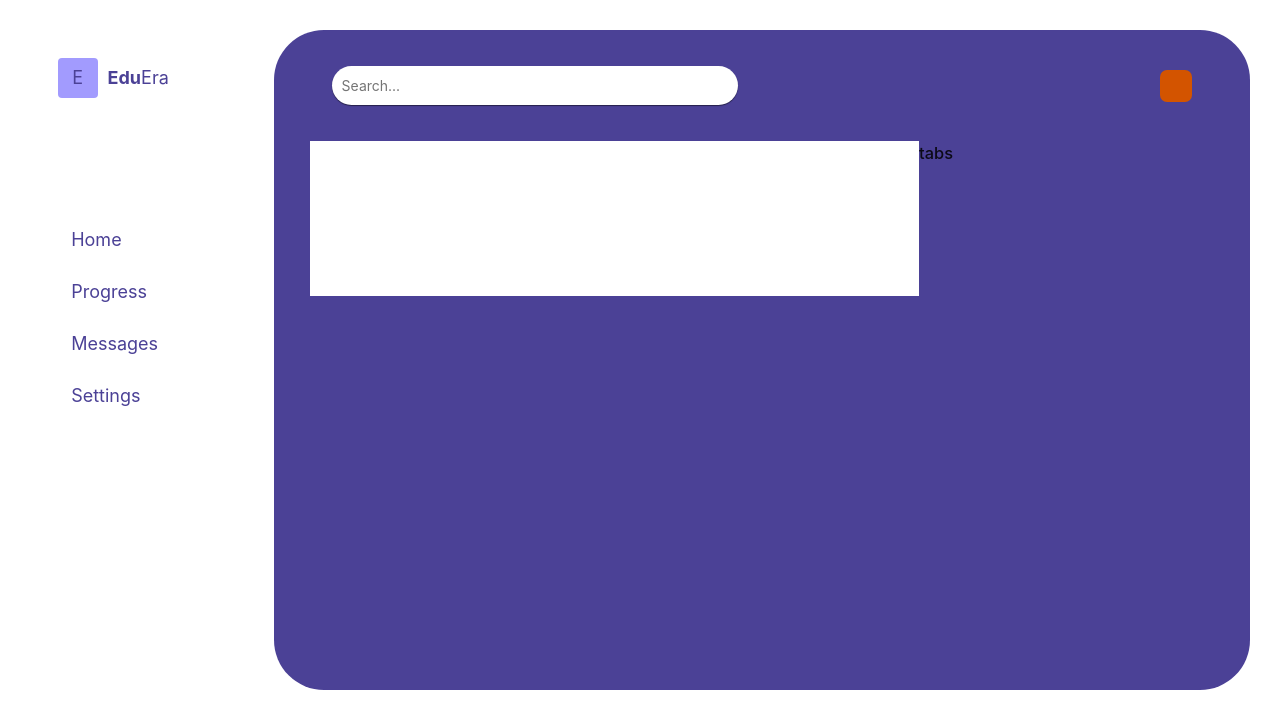
Repository: huynhnt1406/coursestorage
Page: /videodetail/1 (app in coursestorage/)
The author's editor kept a copy of each file at every save. The page is drawn from the files as they stood at one save, then again after the next save.
The browser window is 1280 px wide. The pictures show the whole page.
The page's requests for data from a server got no answer. The project was rebuilt for these pictures with package versions that can differ from the ones it lists, and the page was loaded fresh each time. No one was signed in, and anything a server would have sent is missing. Also part of the build but not shown: coursestorage/src/components/ListItems.vue, coursestorage/src/components/VideoList.vue, coursestorage/src/smallcomponents/Messages.vue, coursestorage/src/smallcomponents/Progress.vue, coursestorage/src/smallcomponents/Settings.vue.

Above is the page before, as saved 2021-05-01 23:21:40.

### coursestorage/src/main.js
import Vue from 'vue'
import App from './App.vue'
import 'ant-design-vue/dist/antd.css'
import Antd from 'ant-design-vue';
import router from './router/index';
import store from './stores/index'
Vue.config.productionTip = false
Vue.use(Antd);
new Vue({
  router,
  store,
  render: h => h(App),
}).$mount('#app')

### coursestorage/src/App.vue
<template>
  <div class="container">
    <div class="sidebar">
      <Sidebar/>
    </div>
    <div class="main">
      <SearchBar/>
      <router-view/>
    </div>
  </div>
</template>

<script>
import Sidebar from './components/Sidebar'
import SearchBar from './components/SearchBar'
export default {
  components:{
    Sidebar,
    SearchBar,
  }
}
</script>

<style>
*{
  margin:0
}
.container{
  background-color:white;
  min-height: 100vh;
  display: flex;
}
.main{
  flex:0.8;
  background-color:#4b4196;
  margin:30px;
  border-radius: 50px;
}
</style>

### coursestorage/src/router/index.js
import Vue from 'vue'
import VueRouter from 'vue-router'
import VideoList from '../components/VideoList'
import Messages from '../smallcomponents/Messages'
import Progress from '../smallcomponents/Progress'
import Settings from '../smallcomponents/Settings'
import VideoDetail from '../smallcomponents/VideoDetail'
Vue.use(VueRouter)
const routes = [
    {
        path:'/',
        name:'VideoList',
        component:VideoList
    },
    {
        path:'/progress',
        name:'Progress',
        component:Progress
    },
    {
        path:'/messages',
        name:'Messages',
        component:Messages
    },
    {
        path:'/settings',
        name:'Settings',
        component:Settings
    },
    {
        path:'/videodetail/:id',
        name:'VideoDetail',
        component:VideoDetail,
        props:true
    }
]
export default new VueRouter({
    routes,
    mode:'history'
})

### coursestorage/src/stores/index.js
import Vue from 'vue'
import Vuex from 'vuex'
import videolists from './modules/videolists'
Vue.use(Vuex)

export default new Vuex.Store({
    modules:{
        videolists
    }
})

### coursestorage/src/components/Sidebar.vue
<template>
  <div class="sidebar">
      <div class="sidebar-header">
          <a-avatar shape="square" size="large" style="backgroundColor:#a29bfe ; marginRight:10px">E</a-avatar>
          <span><strong>Edu</strong>Era</span>
      </div>
      <div class="sidebar-links">
          <div class="link">
              <a-icon style="color:#a29bfe " type="appstore"/>
              <router-link class="sidebar-link" to="/"><span>Home</span></router-link>
          </div>
           <div class="link">
               <a-icon style="color:#a29bfe " type="bar-chart" />
               <router-link class="sidebar-link" to="/progress"><span>Progress</span></router-link>
          </div>
           <div class="link">
                <a-icon style="color:#a29bfe " type="message" />
                <router-link class="sidebar-link" to="/messages">

                <span>Messages</span></router-link>
          </div>
           <div class="link">
                <a-icon style="color:#a29bfe ; opacity:0.7" type="setting" />
                <router-link class="sidebar-link" to="/settings"><span>Settings</span></router-link>
          </div>
      </div>
  </div>
</template>

<script>
export default {

}
</script>

<style>
.sidebar{
    flex:0.2;
    background-color:white;
}
.sidebar-header{
    display: flex;
    align-items: center;
    padding:8vh 0 8vh 8vh
}
.sidebar-header span{
    color:#4b4196;
    font-size: large;
}
.sidebar-links{
    padding:8.5vh;
}
.link{
    display: flex;
    margin-bottom:5px;
    align-items: center;
    padding:10px 0 10px 0;
    color:#4b4196;
}
.sidebar-link{
    color:#4b4196;
    font-size: 18px;
}
.sidebar-link:focus{
    color:#d35400;
}
.link span{
    margin-left:10px;
}
.link:hover{
    color:#d35400;
    cursor: pointer;
}
</style>

### coursestorage/src/components/SearchBar.vue
<template>
  <div class="searchbar">
    <div class="search-tool">
        <a-icon type="search"  />
        <input type="text" placeholder="Search..." >
    </div>
    <div class="icons">
        <a-avatar shape="square" icon="user" type="user" style="color:black ;backgroundColor:transparent; border-radius:7px "  />
        <a-avatar shape="square" style="backgroundColor:#d35400 ;border-radius:7px " icon="fire" />
    </div>
  </div>
</template>

<script>
export default {

}
</script>

<style>
.searchbar{
    padding:5vh 8vh 5vh 8vh;
    display: flex;
    justify-content: space-between;
    align-items: center;
    flex:1;
}
.search-tool {
    background-color: white;
    box-shadow: 0 1px 1px rgba(0,0,0,.5);
    padding:8px;
    flex:0.5;
    border-radius: 20px;
}
.search-tool input{
    width: 50%;
    background-color: transparent;
    border:none;
    outline:none;
}
</style>

### coursestorage/src/smallcomponents/VideoDetail.vue
<template>
    <div class="video-detail">
        <div class="video-actions">
            <div class="video-left">
                <iframe :src="videodata.videoLink" frameborder="0"></iframe>
            </div>
            <div class="video-right">
                <h3>tabs</h3>
            </div>
        </div>
        <div class="video-subtitle">
            <h3>{{videodata.name}}</h3>
        </div>
    </div>
</template>

<script>
import axios from 'axios'
export default {
    props:{
        id:Number
    },
    data(){
        return{
            videodata:{
                id:'',
                name:'',
                numLike:'',
                numDislike:'',
                avatarUrl:'',
                videoLink:'',
            }
        }
    },
    created(){
        axios.get(`http://localhost:3000/videolists/${this.id}`)
            .then(res => this.videodata = res.data)
    }
}
</script>

<style>
.video-actions{
    display: flex;
}
.video-left{
    flex:0.7;
    background-color: white;
}
.video-detail{
    margin-left: 5vh;
    margin-right: 5vh;
}
</style>

### coursestorage/src/stores/modules/videolists.js
const state = {
    videolists:[
        {
            id:1,
            name:"Laravel 8 REST API With Sanctum Authentication",
            minutes:'54:14',
            avatarUrl:'https://yt3.ggpht.com/ytc/AAUvwng963DN2_MIbKuvMWRrN4KG920h3Y4YHg6KET9vZg=s176-c-k-c0x00ffffff-no-rj',
            thumnailUrl:'https://i.ytimg.com/vi/MT-GJQIY3EU/maxresdefault.jpg',
            channelName:'Traversy Media',
        },
        {
            id:2,
            name:"Node.js and Express.js - Full Course",
            minutes:'8:16:47',
            avatarUrl:'https://yt3.ggpht.com/ytc/AAUvwnifaQZvAunS0OFb2y_cieoVjLCVjqQW8Exf3BC1gg=s176-c-k-c0x00ffffff-no-rj',
            thumnailUrl:'https://i.ytimg.com/vi/Oe421EPjeBE/maxresdefault.jpg',
            channelName:'freeCodeCamp.org',
        },
        {
            id:3,
            name:"React JS - React Tutorial for Beginners",
            minutes:'2:25:26',
            avatarUrl:'https://yt3.ggpht.com/ytc/AAUvwnj82Lirw0dg6V5pJWAcWdG22OESyldUcDwAFEqQWg=s176-c-k-c0x00ffffff-no-rj',
            thumnailUrl:'https://i.ytimg.com/vi/Ke90Tje7VS0/maxresdefault.jpg',
            channelName:'Programming with Mosh',
        },
        {
            id:4,
            name:"Vuex Crash Course | State Management",
            minutes:'1:01:18',
            avatarUrl:'https://yt3.ggpht.com/ytc/AAUvwng963DN2_MIbKuvMWRrN4KG920h3Y4YHg6KET9vZg=s176-c-k-c0x00ffffff-no-rj',
            thumnailUrl:'https://i.ytimg.com/vi/5lVQgZzLMHc/maxresdefault.jpg',
            channelName:'Travesy Media',
        }
    ]
}
const getters = {
    allVideos: (state) => state.videolists
}
const actions = {}
const mutations = {}
export default {
    state, getters,actions,mutations
}

Loaded but not shown: coursestorage/public/index.html (common file)

After the next save:
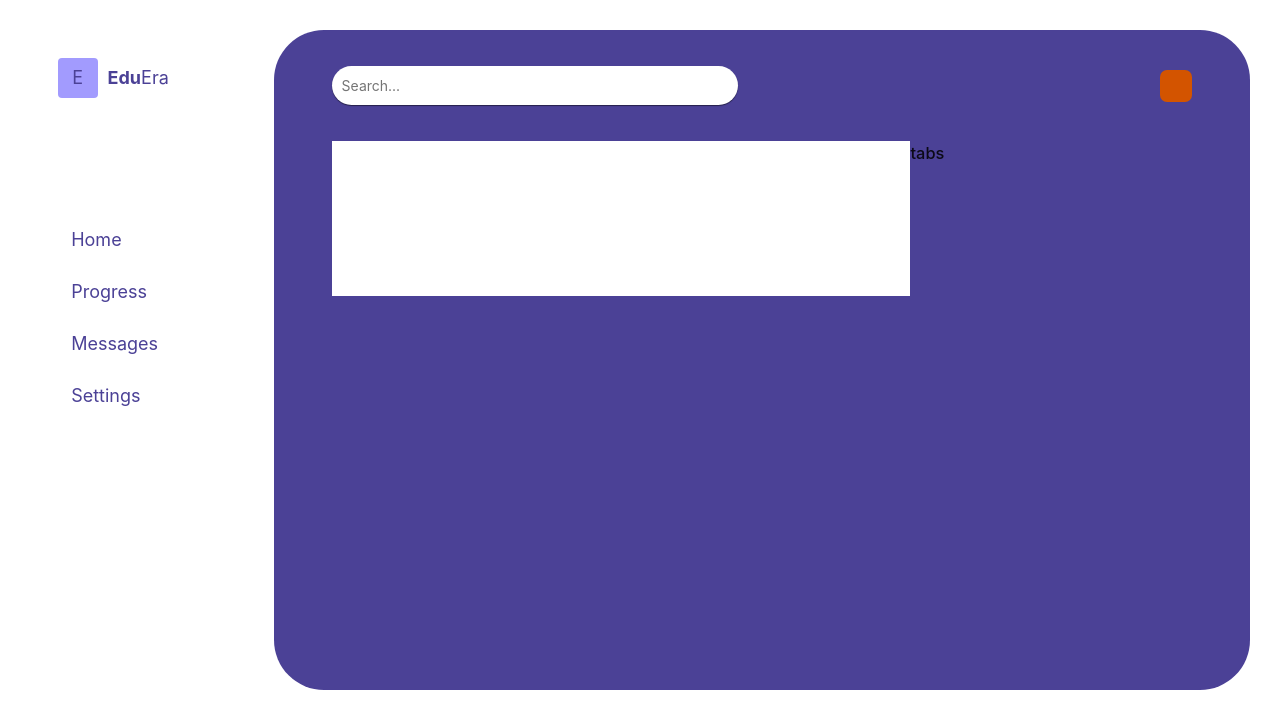
Saved 8 s later.
--- a/coursestorage/src/smallcomponents/VideoDetail.vue
+++ b/coursestorage/src/smallcomponents/VideoDetail.vue
@@ -48,7 +48,7 @@ export default {
     background-color: white;
 }
 .video-detail{
-    margin-left: 5vh;
-    margin-right: 5vh;
+    margin-left: 8vh;
+    margin-right: 8vh;
 }
 </style>
